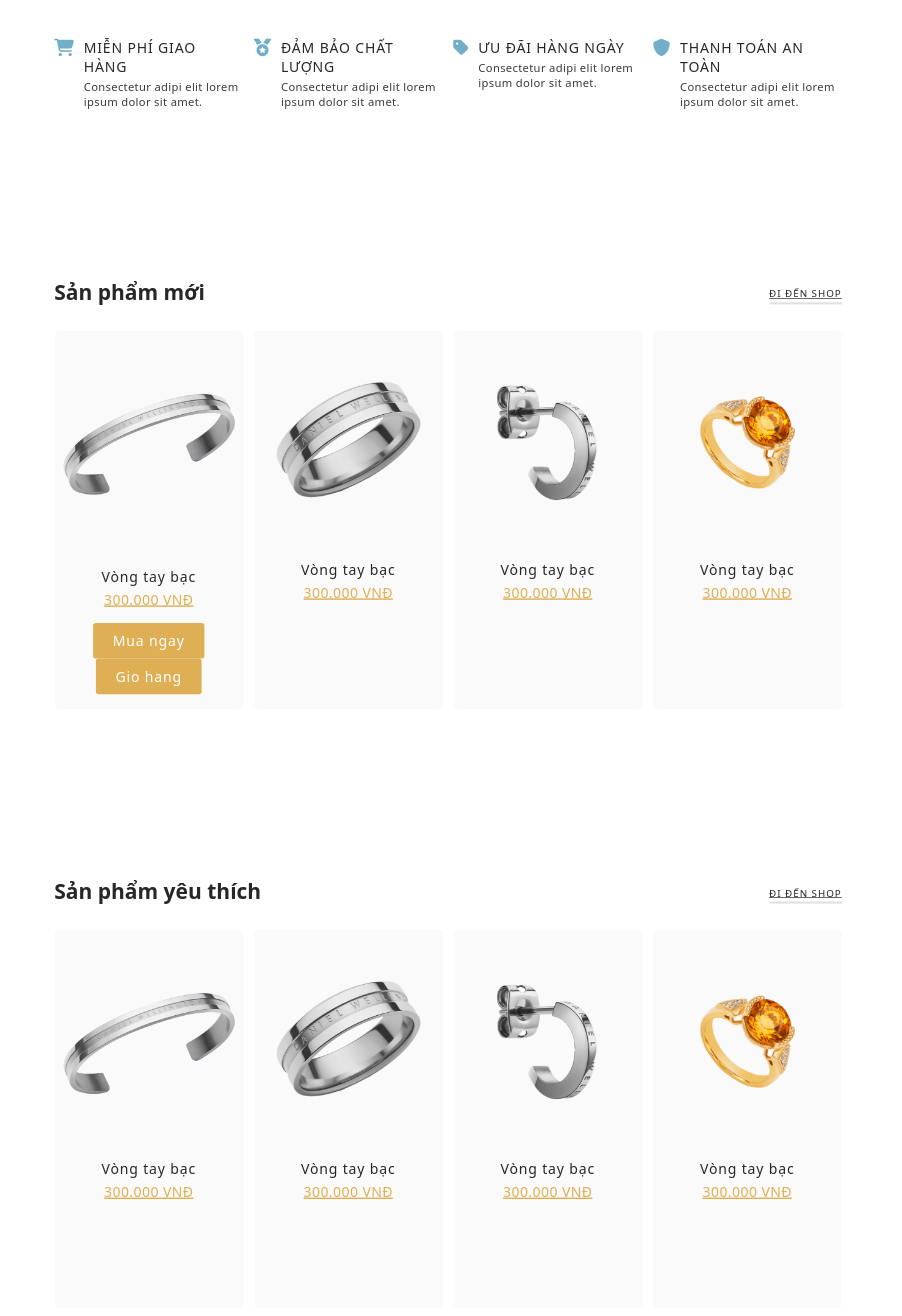
Repository: CangNgo/shoptrangsuc.github.io
Page: index.html
An editor plug-in stored every save of this project. The page is shown before and after a run of saves, followed by the edit.
The browser window is 1280 px wide. The page is 1288 px wide, so the pictures cover 1288 px, including what lies to the right of the window. The pictures show the part of the page from y = 787 to 2667 px (the page is 5591 px tall), at 70% of full size.

Above is the page before, as saved 2024-01-11 18:04:17.

### index.html
<!DOCTYPE html>
<html lang="en">

<head>
    <meta charset="UTF-8">
    <meta name="viewport" content="width=device-width, initial-scale=1.0">
    <link rel="stylesheet" href="asset/css/style.css">
    <link rel="stylesheet" href="asset/css/layout.css">
    <link rel="stylesheet" href="asset/fontawesome-free-6.2.1-web/fontawesome-free-6.2.1-web/css/all.min.css">
    <link href="https://cdn.jsdelivr.net/npm/bootstrap@5.3.2/dist/css/bootstrap.min.css" rel="stylesheet" integrity="sha384-T3c6CoIi6uLrA9TneNEoa7RxnatzjcDSCmG1MXxSR1GAsXEV/Dwwykc2MPK8M2HN" crossorigin="anonymous">

    <title>Serein shop trang sức</title>
</head>

<body>
    <main>
        <header>
            <div class="grid wide">
                <div class="header__main">
                    <div class="logo">
                        <img src="asset/img/logo.png" alt="">
                    </div>
                    <div class="nav">
                        <div class="navbar">
                            <ul>
                                <li><a href="#">Home</a></li>
                                <li><a href="shop.html">Shop</a></li>
                                <li><a href="#">About</a></li>
                                <li><a href="#">Blogs</a></li>
                                <li><a href="#">Contact</a></li>
                            </ul>
                        </div>
                        <div class="right__icons">
                            <div class="right__icon-item">
                                <i class="fa-solid fa-magnifying-glass"></i>
                            </div>
                            <div class="right__icon-item">
                                <i class="fa-solid fa-user"></i>
                            </div>
                            <div class="right__icon-item">
                                <i class="fa-solid fa-cart-shopping"></i>
                                <span>(0)</span>
                            </div>
                        </div>
                    </div>
                </div>
            </div>
        </header>
        <div class="banner">
            <div class="grid wide">
                <div class="row">
                    <div class="col l-6">
                        <div class="banner__left">
                            <h3>Bộ sưu tập</h3>
                            <h2>Dấu ấn</h2>
                            <span>Mỗi chúng ta là một cá thể độc nhất trên thế giới, vậy nên, hãy thoải mái sáng tạo
                                theo cách riêng của bạn. Dù ở bất kỳ phiên bản nào, Serein Jewelry luôn đồng hành cùng
                                bạn ghi lại “DẤU ẤN” riêng bạn.</span>
                        </div>
                    </div>
                    <div class="col l-6 ">
                        <div class="banner__right">
                            <div class="banner__right-btn">
                                <i class="fa-solid fa-chevron-left"></i>
                            </div>
                            <div class="banner-right-img">
                                <img src="asset/img/vong-bac-banner.png" alt="">
                            </div>
                            <div class="banner__right-btn">
                                <i class="fa-solid fa-chevron-right"></i>
                            </div>
                        </div>
                    </div>
                </div>
                <div class="row banner__bottom">
                    <div class="col l-6">
                        <form class="banner-bottom-left">
                            <button type="submit" name="">Mua ngay</button>
                        </form>
                    </div>
                    <div class="col l-6">
                        <div class="banner-bottom-right">
                            <div class="banner-bottom-color">
                                <div class="banner-bottom-color-item gold"></div>
                                <div class="banner-bottom-color-item white"></div>
                            </div>
                            <div class="banner-bottom-play">
                                <i class="fa-solid fa-circle-play"></i>
                            </div>
                        </div>
                    </div>
                </div>
            </div>
        </div>
        <section class="features container">
            <div class="grid wide">
                <div class="row">
                    <div class="col l-3">
                        <div class="features-item">
                            <div class="features-icon">
                                <i class="fa-solid fa-cart-shopping"></i>
                            </div>
                            <div class="feeatures-items">
                                <h4>Miễn phí giao hàng</h4>
                                <span>Consectetur adipi elit lorem ipsum dolor sit amet.</span>
                            </div>
                        </div>
                    </div>
                    <div class="col l-3">
                        <div class="features-item">
                            <div class="features-icon">
                                <i class="fa-solid fa-medal"></i>
                            </div>
                            <div class="feeatures-items">
                                <h4>Đảm bảo chất lượng</h4>
                                <span>Consectetur adipi elit lorem ipsum dolor sit amet.</span>
                            </div>
                        </div>
                    </div>
                    <div class="col l-3">
                        <div class="features-item">
                            <div class="features-icon">
                                <i class="fa-solid fa-tag"></i>
                            </div>
                            <div class="feeatures-items">
                                <h4>Ưu đãi hàng ngày</h4>
                                <span>Consectetur adipi elit lorem ipsum dolor sit amet.</span>
                            </div>
                        </div>
                    </div>
                    <div class="col l-3">
                        <div class="features-item">
                            <div class="features-icon">
                                <i class="fa-solid fa-shield"></i>
                            </div>
                            <div class="feeatures-items">
                                <h4>Thanh toán an toàn</h4>
                                <span>Consectetur adipi elit lorem ipsum dolor sit amet.</span>
                            </div>
                        </div>
                    </div>
                </div>
            </div>
        </section>
        <section class="product container">
            <div class="grid wide">
                <div class="product-section">
                    <h3>Sản phẩm mới</h3>
                    <span><a href="#">Đi đến shop</a></span>
                </div>
                <div class="row">
                    <form class="col l-3">
                        <div class="product-item">
                            <div class="product-top">
                                <div class="product-item-img">
                                    <img src="asset/img/vong-bac.png" alt="Vòng tay bạc">
                                </div>
                            </div>
                            <div class="product-bottom">
                                <div class="product-item-bottom">
                                    <div class="product-item-name">Vòng tay bạc</div>
                                    <div class="product-item-price"><a href="#">300.000 VNĐ</a></div>
                                </div>
                                <div class="buy-product" style="position: relative;">
                                    <button name="buy_product">Mua ngay</button>
                                    <button style="">Gio hang</button>
                                </div>
                            </div>
                        </div>
                    </form>
                    <div class="col l-3">
                        <div class="product-item">
                            <div class="product-item-img">
                                <img src="asset/img/nhan-bac.png" alt="Vòng tay bạc">
                            </div>
                            <div class="product-item-bottom">
                                <div class="product-item-name">Vòng tay bạc</div>
                                <div class="product-item-price"><a href="#">300.000 VNĐ</a></div>
                            </div>
                        </div>
                    </div>
                    <div class="col l-3">
                        <div class="product-item">
                            <div class="product-item-img">
                                <img src="asset/img/bong-tai-bac.png" alt="Vòng tay bạc">
                            </div>
                            <div class="product-item-bottom">
                                <div class="product-item-name">Vòng tay bạc</div>
                                <div class="product-item-price"><a href="#">300.000 VNĐ</a></div>
                            </div>
                        </div>
                    </div>
                    <div class="col l-3">
                        <div class="product-item">
                            <div class="product-item-img">
                                <img src="asset/img/nhan-vang.png" alt="Vòng tay bạc">
                            </div>
                            <div class="product-item-bottom">
                                <div class="product-item-name">Vòng tay bạc</div>
                                <div class="product-item-price"><a href="#">300.000 VNĐ</a></div>
                            </div>
                        </div>
                    </div>
                </div>
            </div>
        </section>
        <section class="product container">
            <div class="grid wide">
                <div class="product-section">
                    <h3>Sản phẩm yêu thích</h3>
                    <span><a href="#">Đi đến shop</a></span>
                </div>
                <div class="row">
                    <div class="col l-3">
                        <div class="product-item">
                            <div class="product-item-img">
                                <img src="asset/img/vong-bac.png" alt="Vòng tay bạc">
                            </div>
                            <div class="product-item-bottom">
                                <div class="product-item-name">Vòng tay bạc</div>
                                <div class="product-item-price"><a href="#">300.000 VNĐ</a></div>
                            </div>
                        </div>
                    </div>
                    <div class="col l-3">
                        <div class="product-item">
                            <div class="product-item-img">
                                <img src="asset/img/nhan-bac.png" alt="Vòng tay bạc">
                            </div>
                            <div class="product-item-bottom">
                                <div class="product-item-name">Vòng tay bạc</div>
                                <div class="product-item-price"><a href="#">300.000 VNĐ</a></div>
                            </div>
                        </div>
                    </div>
                    <div class="col l-3">
                        <div class="product-item">
                            <div class="product-item-img">
                                <img src="asset/img/bong-tai-bac.png" alt="Vòng tay bạc">
                            </div>
                            <div class="product-item-bottom">
                                <div class="product-item-name">Vòng tay bạc</div>
                                <div class="product-item-price"><a href="#">300.000 VNĐ</a></div>
                            </div>
                        </div>
                    </div>
                    <div class="col l-3 m-12 c-12">
                        <div class="product-item">
                            <div class="product-item-img">
                                <img src="asset/img/nhan-vang.png" alt="Vòng tay bạc">
                            </div>
                            <div class="product-item-bottom">
                                <div class="product-item-name">Vòng tay bạc</div>
                                <div class="product-item-price"><a href="#">300.000 VNĐ</a></div>
                            </div>
                        </div>
                    </div>
                </div>
            </div>
        </section>
        <section class="posts product container">
            <div class="grid wide">
                <div class="product-section">
                    <h3>Bài viết mới</h3>
                    <span><a href="#">Đi đến blog</a></span>
                </div>
                <div class="row">
                    <div class="col l-4">
                        <div class="posts-item">
                            <div class="post-item-img"><img src="asset/img/post1.png" alt=""></div>
                            <div class="post-item-datetime">feb 22, 2023 - Gadgets</div>
                            <div class="post-item-name">Get some cool gadgets in 2023</div>
                        </div>
                    </div>
                    <div class="col l-4">
                        <div class="posts-item">
                            <div class="post-item-img"><img src="asset/img/post2.png" alt=""></div>
                            <div class="post-item-datetime">feb 22, 2023 - technology</div>
                            <div class="post-item-name">TECHNOLOGY HACK YOU WON’T GET</div>
                        </div>
                    </div>
                    <div class="col l-4">
                        <div class="posts-item">
                            <div class="post-item-img"><img src="asset/img/post3.png" alt=""></div>
                            <div class="post-item-datetime">feb 22, 2023 - camera</div>
                            <div class="post-item-name">toP 10 SMALL cAMERA IN THE WORLD</div>
                        </div>
                    </div>
                </div>
            </div>
        </section>
        <section class="coutdown container">
            <div class="grid wide">
                <div class="coutdown-content">
                    <h3>Đăng ký ngay để sở hữu BST "Dấu ấn"</h3>
                    <div class="coutdown-content-bottom">
                        <span>Vì “Dấu ấn” là BST độc nhất cho mỗi khách hàng, nên chúng tôi chỉ mở bán với số lượng giới
                            hạn.
                            Đặc biệt, khi mua hàng càng sớm bạn sẽ nhận được nhiều ưu đãi đặc biệt từ Serein Jewelry.
                        </span>
                        <button name="buy_submit">Mua ngay</button>
                    </div>
                </div>
                <div class="coutdown-olock">
                    <div class="coutdown-olock-item">
                        <div class="coutdown-olock-item-hour">0</div>
                        <div class="coutdown-olock-item-day">Ngày</div>
                    </div>
                    <div class="coutdown-olock-item">
                        <div class="coutdown-olock-item-hour">7</div>
                        <div class="coutdown-olock-item-day">Giờ</div>
                    </div>
                    <div class="coutdown-olock-item">
                        <div class="coutdown-olock-item-hour">23</div>
                        <div class="coutdown-olock-item-day">Phút</div>
                    </div>
                    <div class="coutdown-olock-item">
                        <div class="coutdown-olock-item-hour">49</div>
                        <div class="coutdown-olock-item-day">Giây</div>
                    </div>
                </div>
            </div>
        </section>
        <section class="form-register container">
            <div class="grid wide">
                <div class="form-register-main">
                    <div class="form-register-content">
                        <h3>Đăng ký ngay</h3>
                        <span>Đăng ký để nhận được khuyến mãi</span>
                    </div>
                    <div class="form-register-input">
                        <input type="text" placeholder="Nhập email">
                        <button>Đăng ký</button>
                    </div>
                </div>
            </div>
        </section>
        <section class="testimony container">
            <div class="grid wide">
                <div class="testimony-main">
                    <div class="testimony-icon">
                        <img src="asset/img/testimony-icon.png" alt="">
                    </div>
                    <div class="testimony-content">
                        <div class="testimony-button-left">
                            <i class="fa-solid fa-chevron-left"></i>
                        </div>
                        <div class="testimony-content-said">
                            “Tempus oncu enim pellen tesque este pretium in neque, elit morbi sagittis lorem habi mattis
                            Pellen tesque pretium feugiat vel morbi suspen dise sagittis lorem habi tasse morbi.”
                        </div>
                        <div class="testimony-button-right">
                            <i class="fa-solid fa-chevron-right"></i>
                        </div>
                    </div>
                    <div class="testimony-star">
                        <div class="testimony-star-items">
                            <div class="testimony-star-item">
                                <i class="fa-solid fa-star"></i>
                            </div>
                            <div class="testimony-star-item">
                                <i class="fa-solid fa-star"></i>
                            </div>
                            <div class="testimony-star-item">
                                <i class="fa-solid fa-star"></i>
                            </div>
                            <div class="testimony-star-item">
                                <i class="fa-solid fa-star"></i>
                            </div>
                            <div class="testimony-star-item">
                                <i class="fa-solid fa-star"></i>
                            </div>
                        </div>
                        <div class="testtimony-star-name">
                            Emma Chamberlin
                        </div>
                    </div>
                </div>
            </div>
        </section>
        <div class="evaluate container">
            <div class="grid wide">
                <h3>Khách hàng nói về BST "Dấu ấn"</h3>
                <div class="row">
                    <div class="col l-4"></div>
                    <div class="col l-4"></div>
                    <div class="col l-4"></div>
                </div>
            </div>
        </div>
    </main>
</body>

</html>

### asset/css/layout.css
.grid {
    width: 100%;
    display: block;
    padding: 0;
}

.grid.wide {
    max-width: 1300px;
    margin: 0 auto;
}

.row {
    display: flex;
    flex-wrap: wrap;
    margin-left: -8px;
    margin-right: -8px;
}


.col {
    padding-left: 8px;
    padding-right: 8px;
}

.c-0 {
    display: none;
}

.c-1 {
    flex: 0 0 8.33333%;
    max-width: 8.33333%;
}

.c-2 {
    flex: 0 0 16.66667%;
    max-width: 16.66667%;
}

.c-3 {
    flex: 0 0 25%;
    max-width: 25%;
}

.c-4 {
    flex: 0 0 33.33333%;
    max-width: 33.33333%;
}

.c-5 {
    flex: 0 0 41.66667%;
    max-width: 41.66667%;
}

.c-6 {
    flex: 0 0 50%;
    max-width: 50%;
}

.c-7 {
    flex: 0 0 58.33333%;
    max-width: 58.33333%;
}

.c-8 {
    flex: 0 0 66.66667%;
    max-width: 66.66667%;
}

.c-9 {
    flex: 0 0 75%;
    max-width: 75%;
}

.c-10 {
    flex: 0 0 83.33333%;
    max-width: 83.33333%;
}

.c-11 {
    flex: 0 0 91.66667%;
    max-width: 91.66667%;
}

.c-12 {
    flex: 0 0 100%;
    max-width: 100%;
}

/* >= Tablet */
@media (min-width: 740px) {
    .row {
        margin-left: -12px;
        margin-right: -12px;
    }

    .col {
        padding-left: 12px;
        padding-right: 12px;
    }

    .m-0 {
        display: none;
    }

    .m-4,
    .m-5,
    .m-6,
    .m-8,
    .m-10,
    .m-12 {
        display: block;
    }

    .m-4 {
        flex: 0 0 33.33334%;
        max-width: 33.3334%;
    }

    .m-5 {
        flex: 0 0 41.66667%;
        max-width: 41.66667%;
    }

    .m-6 {
        flex: 0 0 50%;
        max-width: 50%;
    }

    .m-8 {
        flex: 0 0 66.66667%;
        max-width: 66.66667%;
    }

    .m-10 {
        flex: 0 0 83.33333%;
        max-width: 83.33333%;
    }

    .m-12 {
        flex: 0 0 100%;
        max-width: 100%;
    }
}

/* PC medium resolution > */
@media (min-width: 1024px) {
    .row {
        margin-left: -10px;
        margin-right: -10px;
    }

    .row.sm-gutter {
        margin-left: -5px;
        margin-right: -5px;
    }

    .col {
        padding-left: 10px;
        padding-right: 10px;
    }

    .row.sm-gutter .col {
        padding-left: 5px;
        padding-right: 5px;
    }

    .l-0 {
        display: none;
    }

    .l-3,
    .l-4,
    .l-5,
    .l-6,
    .l-8,
    .l-8-3,
    .l-10,
    .l-12 {
        display: block;
    }

    .l-3 {
        flex: 0 0 25%;
        max-width: 25%;
    }

    .l-3-3 {
        flex: 0 0 25%;
        max-width: 25%;
    }

    .l-4 {
        flex: 0 0 33.33333%;
        max-width: 33.33333%;
    }

    .l-5 {
        flex: 0 0 41.66667%;
        max-width: 41.6667%;
    }

    .l-6 {
        flex: 0 0 50%;
        max-width: 50%;
    }

    .l-8 {
        flex: 0 0 66.66667%;
        max-width: 66.66667%;
    }

    .l-9 {
        flex: 0 0 75%;
        max-width: 75%;
    }

    .l-8-3 {
        flex: 0 0 30%;
        max-width: 30%;
    }

    .l-10 {
        flex: 0 0 83.33333%;
        max-width: 83.33333%;
    }

    .l-12 {
        flex: 0 0 100%;
        max-width: 100%;
    }
}

/* Tablet - PC low resolution */
@media (min-width: 740px) and (max-width: 1023px) {
    .wide {
        width: 644px;
    }
}

/* > PC low resolution */
@media (min-width: 1024px) and (max-width: 1239px) {
    .wide {
        width: 984px;
    }
}

Loaded but not shown: asset/fontawesome-free-6.2.1-web/fontawesome-free-6.2.1-web/css/all.min.css (library); asset/css/style.css (793 lines, source omitted)

After the next 3 saves:
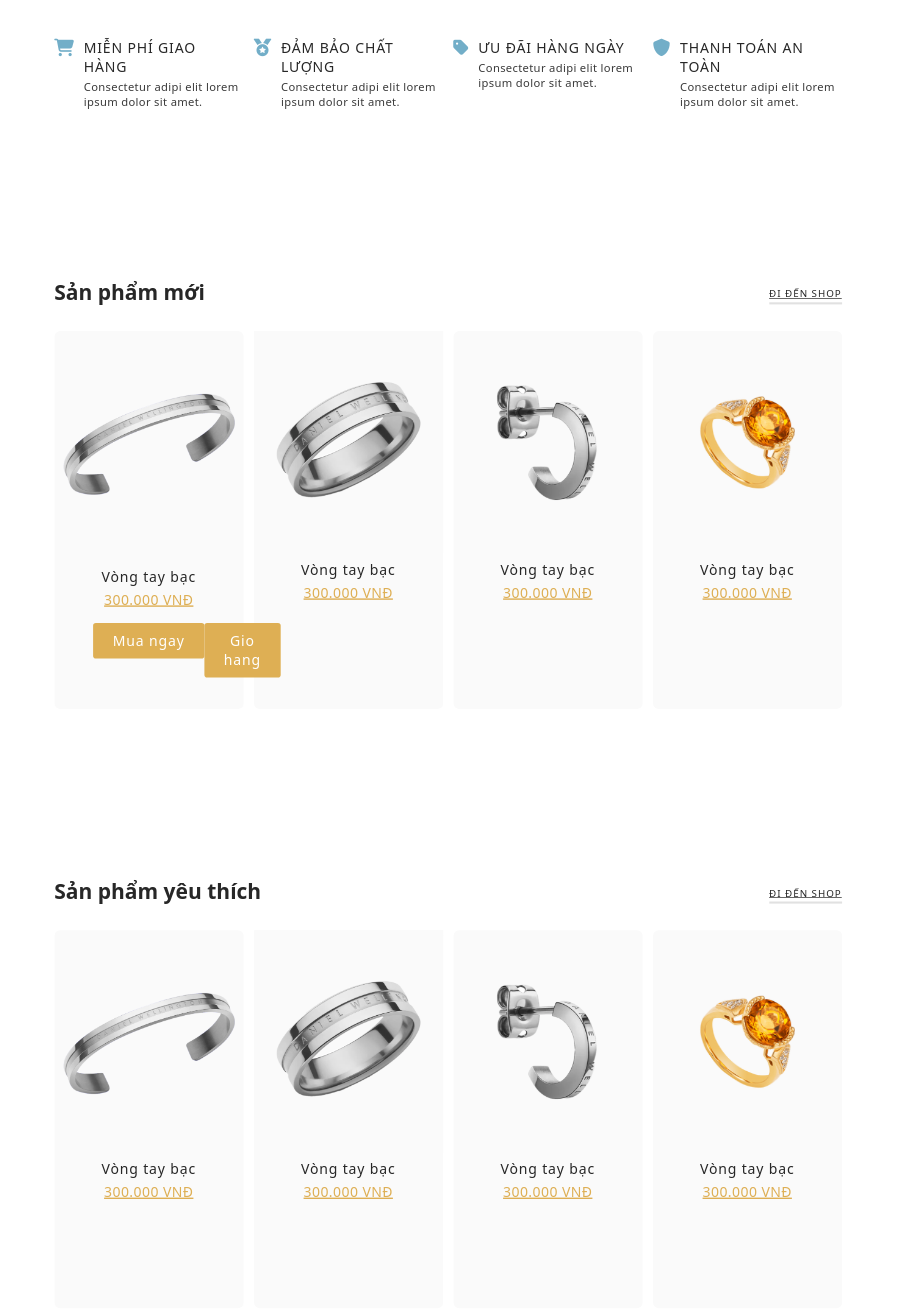
The 3 saves are shown as one change because they came seconds apart.
The last was saved 8 s later.
--- a/index.html
+++ b/index.html
@@ -163,7 +163,7 @@
                                 </div>
                                 <div class="buy-product" style="position: relative;">
                                     <button name="buy_product">Mua ngay</button>
-                                    <button style="">Gio hang</button>
+                                    <button style="position: absolute; top: 0; ">Gio hang</button>
                                 </div>
                             </div>
                         </div>
